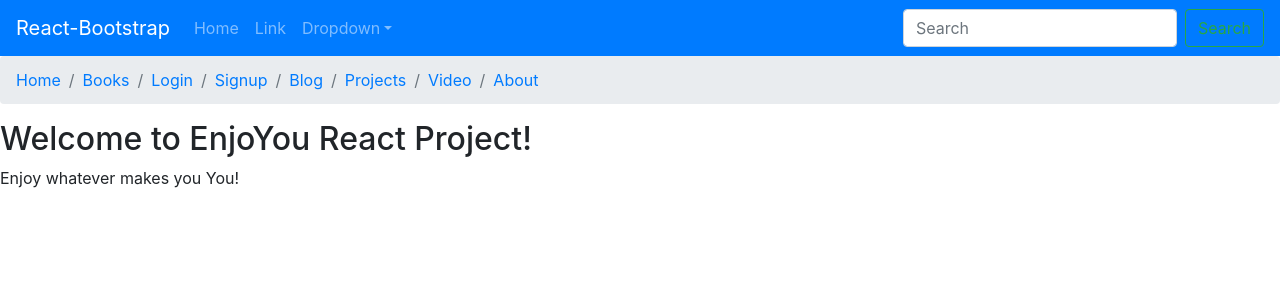
Repository: ebo-arcadia/enjoyou
Page: /home
These files come from the project's save history. The page is drawn as it stood at one moment and after the next save; the edit follows.
The browser window is 1280 px wide. The pictures show the whole page.
The project was rebuilt for these pictures with package versions that can differ from the ones it lists, and the page was loaded fresh each time. Also part of the build but not shown: src/components/BooksList.js, src/containers/Login.js, src/containers/signup.js, src/containers/blog.js, src/containers/Projects.js, src/containers/video.js, src/components/About.js.

Above is the page before, as saved 2021-04-20 16:56:04.

After the next save:
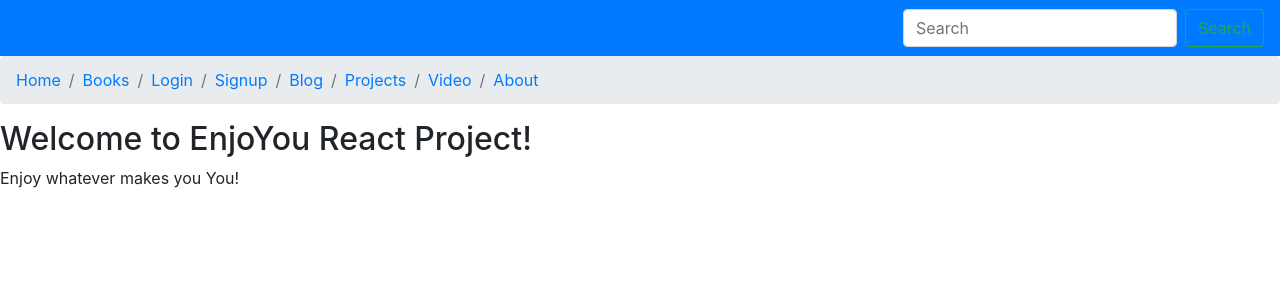
Saved 6 s later.
--- a/src/components/NavigationBar.js
+++ b/src/components/NavigationBar.js
@@ -3,7 +3,7 @@
 
 const NavigationBar = () => {
     return (
-        <Navbar bg="primary" expand="lg" variant="dark">
+        <Navbar bg="primary" expand="lg" variant="red">
         <Navbar.Brand href="#home">React-Bootstrap</Navbar.Brand>
         <Navbar.Toggle aria-controls="basic-navbar-nav" />
         <Navbar.Collapse id="basic-navbar-nav">

After the 2 saves that followed:
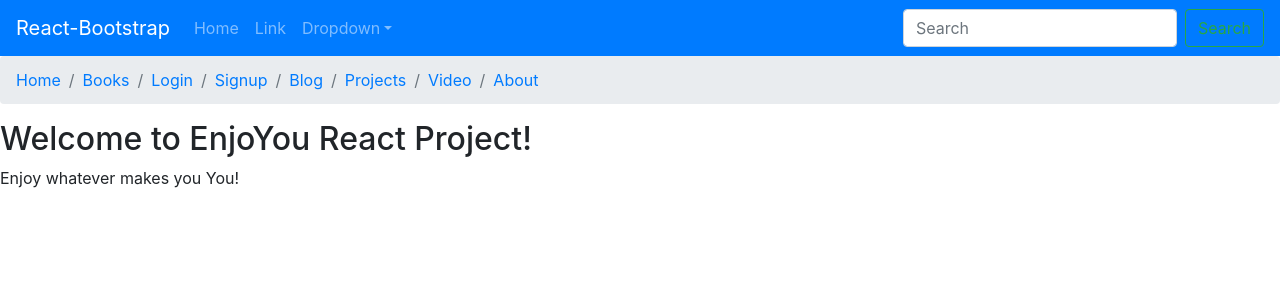
The 2 saves are shown as one change because 1 left the picture as it was.
The last was saved 17 s later.
--- a/src/components/NavigationBar.js
+++ b/src/components/NavigationBar.js
@@ -3,7 +3,7 @@
 
 const NavigationBar = () => {
     return (
-        <Navbar bg="primary" expand="lg" variant="red">
+        <Navbar bg="primary" expand="lg" variant="dark">
         <Navbar.Brand href="#home">React-Bootstrap</Navbar.Brand>
         <Navbar.Toggle aria-controls="basic-navbar-nav" />
         <Navbar.Collapse id="basic-navbar-nav">
